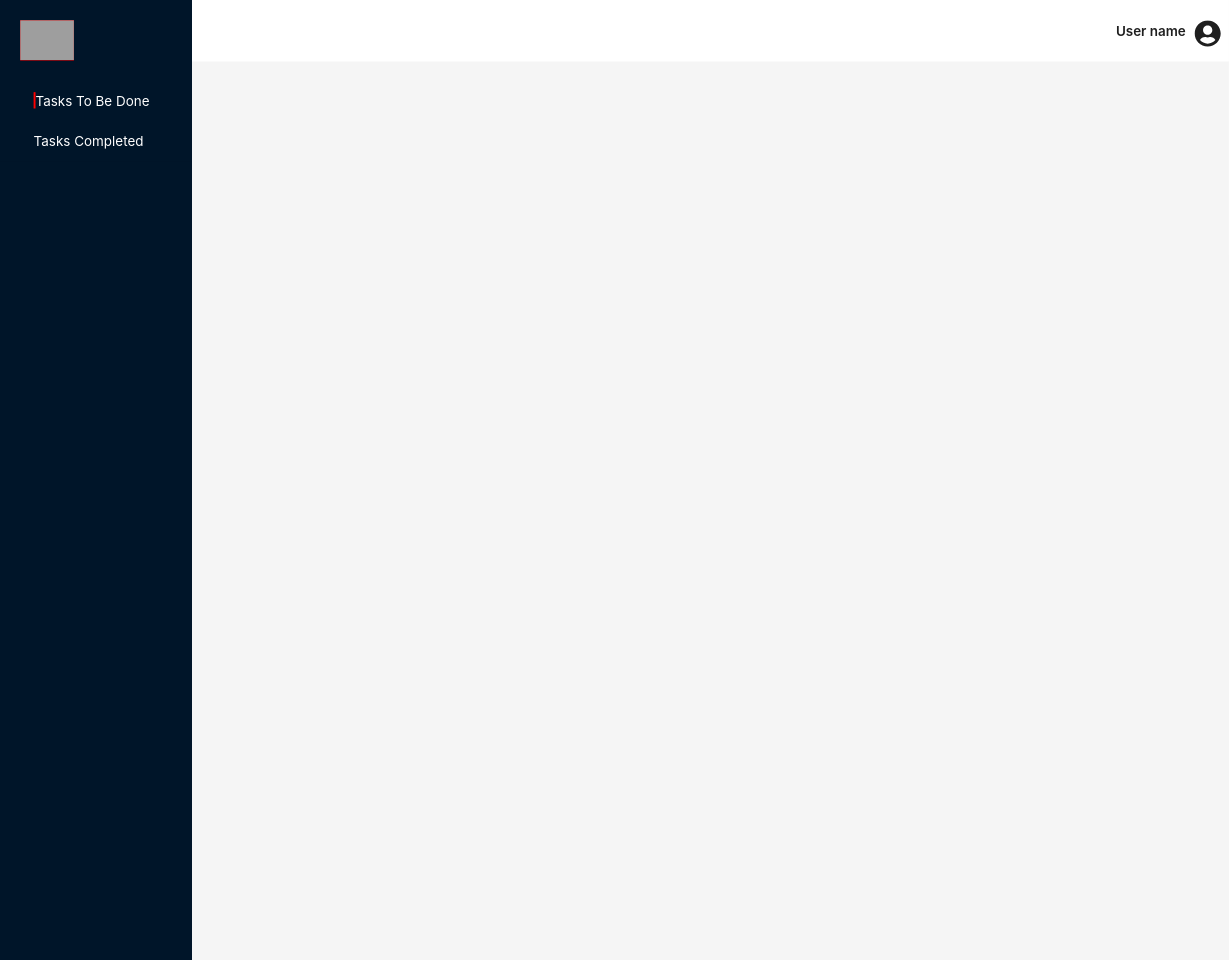
Repository: runner855/todolist_new
Page: /
An editor plug-in stored every save of this project. The page is shown before and after the next save, followed by the edit.
The browser window is 1280 px wide. The pictures show the whole page, at 96% of full size.
The first visible `a` is being pressed.
Pictures or frames that could not be fetched are drawn as grey boxes. The project was rebuilt for these pictures with package versions that can differ from the ones it lists, and the page was loaded fresh each time.

Above is the page before, as saved 2023-03-19 22:24:32.

### src/index.tsx
import React from "react";
import ReactDOM from "react-dom/client";
import "./index.css";
import { App } from "./App";
import { BrowserRouter } from "react-router-dom";

const root = ReactDOM.createRoot(
  document.getElementById("root") as HTMLElement
);
root.render(
  <React.StrictMode>
    <BrowserRouter>
    <App />
    </BrowserRouter>
  </React.StrictMode>
);

### src/App.tsx
import React from 'react';
import './App.css';
import { NavBar } from './components/NavBar/NavBar';

export const App = () =>{
  return (
    <div className="App">
      <NavBar/>

    </div>
  );
}

### src/components/NavBar/NavBar.tsx
import React from 'react';

import { Layout, Menu, theme } from 'antd';
import { FaUserCircle } from 'react-icons/fa';
import { PagesArray } from '../../Utilities/Utility'
import "../NavBar/NavBar.css";
import { NavLink } from 'react-router-dom';

const { Header, Content, Footer, Sider } = Layout;

export const NavBar = () => {

  const {
    token: { colorBgContainer },
  } = theme.useToken();

  return (
      <Layout>
      <Sider
        breakpoint="lg"
        collapsedWidth="0"
        style={{height:1000}}
        onBreakpoint={(broken) => {
          console.log(broken);
        }}
        onCollapse={(collapsed, type) => {
          console.log(collapsed, type);
        }}
      >
        <div className="logo" />
        {/* <Menu
          theme="dark"
          mode="inline"
          items={PagesArray && PagesArray.map(
            (item, index) => ({
              key: index,

              label:  item.label ? <NavLink   to={item.to}>{item.label}</NavLink> :
              <img  className="logo"src={item.image} alt="logo"/>
            })
          )}


        /> */}
      <Menu theme="dark" mode="inline">{PagesArray && PagesArray.map((item, index) => {
        return (
        <ul className='links_container'>
          <li className='item_link'>{item.label ? <NavLink to={item.to}>{item.label}</NavLink>: <div className='logo'><img  src={item.image} alt="logo"/></div>}</li>
        </ul>



        )
      })}</Menu>
      </Sider>
      <Layout>
        <Header style={{ padding: 0, background: colorBgContainer }}>
        <div className='avatar_container'>
          <ul className='user'>
            <li className='user_text'>User name</li>
            <li className='user_icon'><FaUserCircle/></li>

          </ul>
          </div>

        </Header>
      </Layout>
    </Layout>
   );
}

### src/Utilities/Utility.tsx
import { TASKS_TO_BE_DONE, TASKS_COMPLETED } from '../Constants/Dictionary';
import { AppUrls } from '../Types/appTypes';
import { LOGO } from '../Constants/Dictionary';
export const PagesArray = [
  {image:LOGO},
  {label: TASKS_TO_BE_DONE, to: AppUrls.TASKS_TO_BE_DONE},
  {label: TASKS_COMPLETED, to: AppUrls.TASKS_COMPLETED},

]

### src/components/NavBar/NavBar.css
#components-layout-demo-responsive .logo {
  height: 32px;
  margin: 16px;
  background: rgba(255, 255, 255, 0.2);
}

li {
  list-style-type: none;
}

.user {
  display: flex;
  flex-direction: row;
  justify-content: right;
}

.user_icon {
  font-size: 2em;
  margin-right: 0.1em;
  margin: 0em 0.3em 0em 0.3em;
  line-height: 1.8;
}

.user_text {
  line-height: 2.7;
  font-weight: 600;
}

img {
  height: 3em;
  text-align: center;
}

.links_container {
  display: flex;
  flex: column;
}

.item_link {
  margin: 1.5em;
}

a:active {
  border-left: solid red 2px;
}
a {
  color: white !important;
  margin-left: 1em;
}

.logo {
  background-color: red;
}

### src/Constants/Dictionary.ts
export const TASKS_TO_BE_DONE = "Tasks To Be Done";
export const TASKS_COMPLETED = "Tasks Completed"
export const LOGO = "https://pbs.twimg.com/profile_images/964093705748729856/nzx2mHKW_400x400.jpg";

### src/Types/appTypes.tsx

export enum AppUrls {
  TASKS_TO_BE_DONE = `/tasks_to_be_done`,
  TASKS_COMPLETED = "/tasks_copleted",

}

export enum LanguageEnum {
  EN = "en",
}

Loaded but not shown: public/index.html (common file); src/index.css (common file); src/App.css (common file); public/manifest.json (common file)

After the next save:
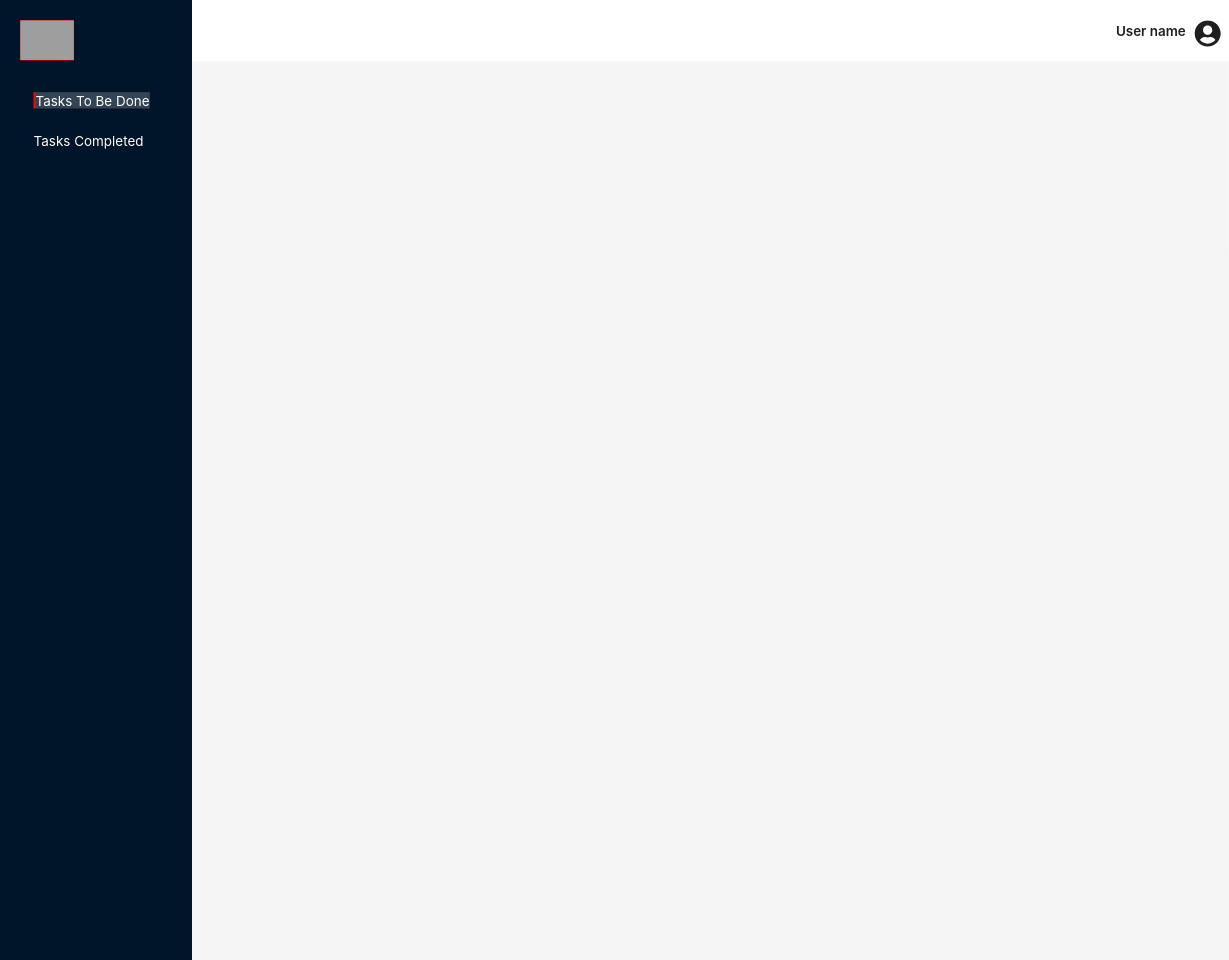
Saved 101 s later.
--- a/src/components/NavBar/NavBar.css
+++ b/src/components/NavBar/NavBar.css
@@ -42,6 +42,7 @@
 
 a:active {
   border-left: solid red 2px;
+  background: rgba(255, 255, 255, 0.2);
 }
 a {
   color: white !important;

After the save that followed:
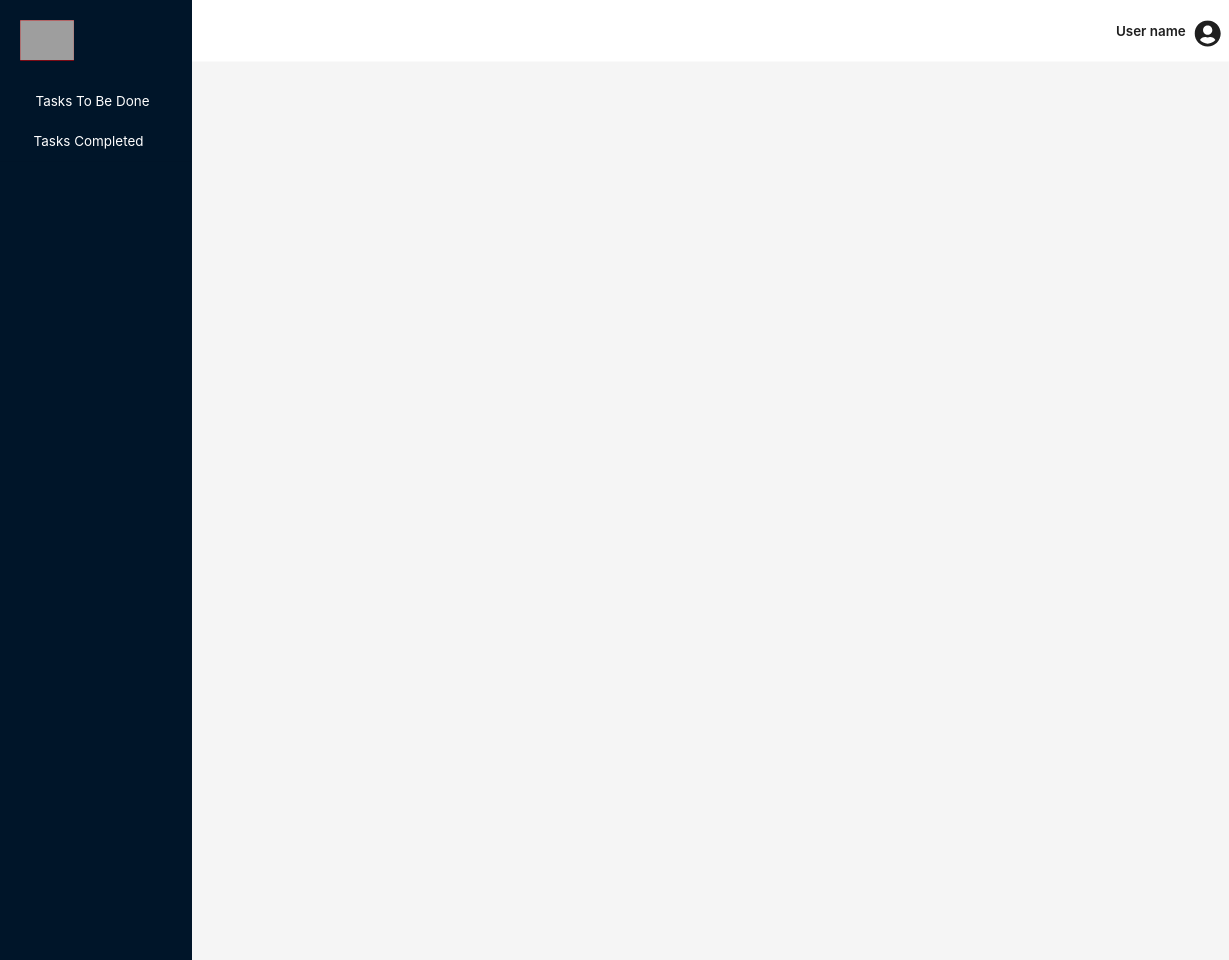
Saved 34 s later.
--- a/src/components/NavBar/NavBar.css
+++ b/src/components/NavBar/NavBar.css
@@ -40,7 +40,7 @@
   margin: 1.5em;
 }
 
-a:active {
+.item_link:active {
   border-left: solid red 2px;
   background: rgba(255, 255, 255, 0.2);
 }
